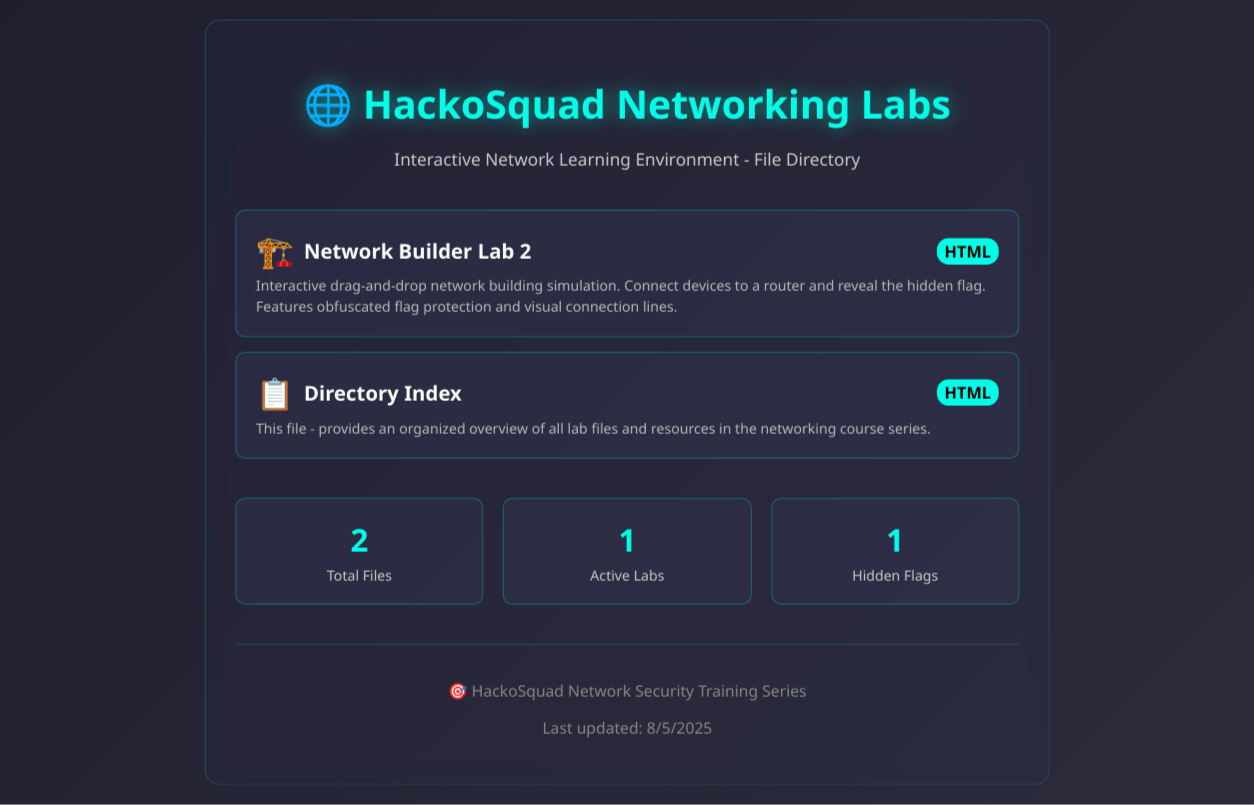
Repository: Ethxmnhz/test
Page: index.html
The author's editor kept a copy of each file at every save. The page is drawn from the files as they stood at one save, then again after the next save.
The browser window is 1280 px wide. The pictures show the whole page, at 98% of full size.

Above is the page before, as saved 2025-08-05 12:06:49.

### index.html
<!DOCTYPE html>
<html lang="en">
<head>
  <meta charset="UTF-8">
  <meta name="viewport" content="width=device-width, initial-scale=1.0">
  <title>HackoSquad Networking Labs - File Directory</title>
  <style>
    body {
      font-family: 'Segoe UI', Tahoma, Geneva, Verdana, sans-serif;
      background: linear-gradient(135deg, #1e1e2f, #2b2b3c);
      margin: 0;
      padding: 20px;
      color: #fff;
      min-height: 100vh;
    }

    .container {
      max-width: 800px;
      margin: 0 auto;
      background: rgba(58, 58, 94, 0.1);
      border-radius: 15px;
      padding: 30px;
      backdrop-filter: blur(10px);
      border: 1px solid rgba(0, 255, 231, 0.2);
    }

    h1 {
      color: #00ffe7;
      text-align: center;
      margin-bottom: 10px;
      font-size: 2.5em;
      text-shadow: 0 0 20px rgba(0, 255, 231, 0.5);
    }

    .subtitle {
      text-align: center;
      color: #ccc;
      margin-bottom: 40px;
      font-size: 1.1em;
    }

    .file-list {
      list-style: none;
      padding: 0;
    }

    .file-item {
      background: rgba(58, 58, 94, 0.3);
      margin: 15px 0;
      border-radius: 10px;
      border: 1px solid rgba(0, 255, 231, 0.3);
      transition: all 0.3s ease;
      overflow: hidden;
    }

    .file-item:hover {
      background: rgba(58, 58, 94, 0.5);
      border-color: #00ffe7;
      transform: translateY(-2px);
      box-shadow: 0 5px 20px rgba(0, 255, 231, 0.2);
    }

    .file-link {
      display: block;
      padding: 20px;
      text-decoration: none;
      color: #fff;
      transition: color 0.3s ease;
    }

    .file-link:hover {
      color: #00ffe7;
    }

    .file-name {
      font-size: 1.3em;
      font-weight: bold;
      margin-bottom: 5px;
      display: flex;
      align-items: center;
    }

    .file-icon {
      margin-right: 10px;
      font-size: 1.5em;
    }

    .file-description {
      color: #bbb;
      font-size: 0.9em;
      line-height: 1.4;
    }

    .file-type {
      display: inline-block;
      background: #00ffe7;
      color: #000;
      padding: 2px 8px;
      border-radius: 12px;
      font-size: 0.8em;
      font-weight: bold;
      margin-left: auto;
    }

    .stats {
      display: grid;
      grid-template-columns: repeat(auto-fit, minmax(150px, 1fr));
      gap: 20px;
      margin-top: 40px;
    }

    .stat-card {
      background: rgba(58, 58, 94, 0.3);
      padding: 20px;
      border-radius: 10px;
      text-align: center;
      border: 1px solid rgba(0, 255, 231, 0.3);
    }

    .stat-number {
      font-size: 2em;
      font-weight: bold;
      color: #00ffe7;
      display: block;
    }

    .stat-label {
      color: #ccc;
      font-size: 0.9em;
      margin-top: 5px;
    }

    .footer {
      text-align: center;
      margin-top: 40px;
      padding-top: 20px;
      border-top: 1px solid rgba(0, 255, 231, 0.2);
      color: #888;
    }
  </style>
</head>
<body>
  <div class="container">
    <h1>🌐 HackoSquad Networking Labs</h1>
    <p class="subtitle">Interactive Network Learning Environment - File Directory</p>


    <ul class="file-list">
      <li class="file-item">
        <a href="NBL2.html" class="file-link">
          <div class="file-name">
            <span class="file-icon">🏗️</span>
            Network Builder Lab 2
            <span class="file-type">HTML</span>
          </div>
          <div class="file-description">
            Interactive drag-and-drop network building simulation. Connect devices to a router and reveal the hidden flag. Features obfuscated flag protection and visual connection lines.
          </div>
        </a>
      </li>

      <li class="file-item">
        <a href="index.html" class="file-link">
          <div class="file-name">
            <span class="file-icon">📋</span>
            Directory Index
            <span class="file-type">HTML</span>
          </div>
          <div class="file-description">
            This file - provides an organized overview of all lab files and resources in the networking course series.
          </div>
        </a>
      </li>
    </ul>

    <div class="stats">
      <div class="stat-card">
        <span class="stat-number" id="file-count">2</span>
        <div class="stat-label">Total Files</div>
      </div>
      <div class="stat-card">
        <span class="stat-number">1</span>
        <div class="stat-label">Active Labs</div>
      </div>
      <div class="stat-card">
        <span class="stat-number">1</span>
        <div class="stat-label">Hidden Flags</div>
      </div>
    </div>

    <div class="footer">
      <p>🎯 HackoSquad Network Security Training Series</p>
      <p>Last updated: <span id="last-updated"></span></p>
    </div>
  </div>

  <script>
    // Update last modified date
    document.getElementById('last-updated').textContent = new Date().toLocaleDateString();

    // Dynamic file counting (can be enhanced to scan actual directory)
    const fileItems = document.querySelectorAll('.file-item').length;
    document.getElementById('file-count').textContent = fileItems;

    // Add some interactive effects
    document.querySelectorAll('.file-item').forEach(item => {
      item.addEventListener('mouseenter', () => {
        item.style.background = 'rgba(0, 255, 231, 0.1)';
      });

      item.addEventListener('mouseleave', () => {
        item.style.background = 'rgba(58, 58, 94, 0.3)';
      });
    });

    // Optional: Auto-detect files in directory (would need server-side support)
    console.log('HackoSquad Labs Directory Loaded');
    console.log('Available labs: Network Builder Lab 1');
  </script>
</body>
</html>

After the next save:
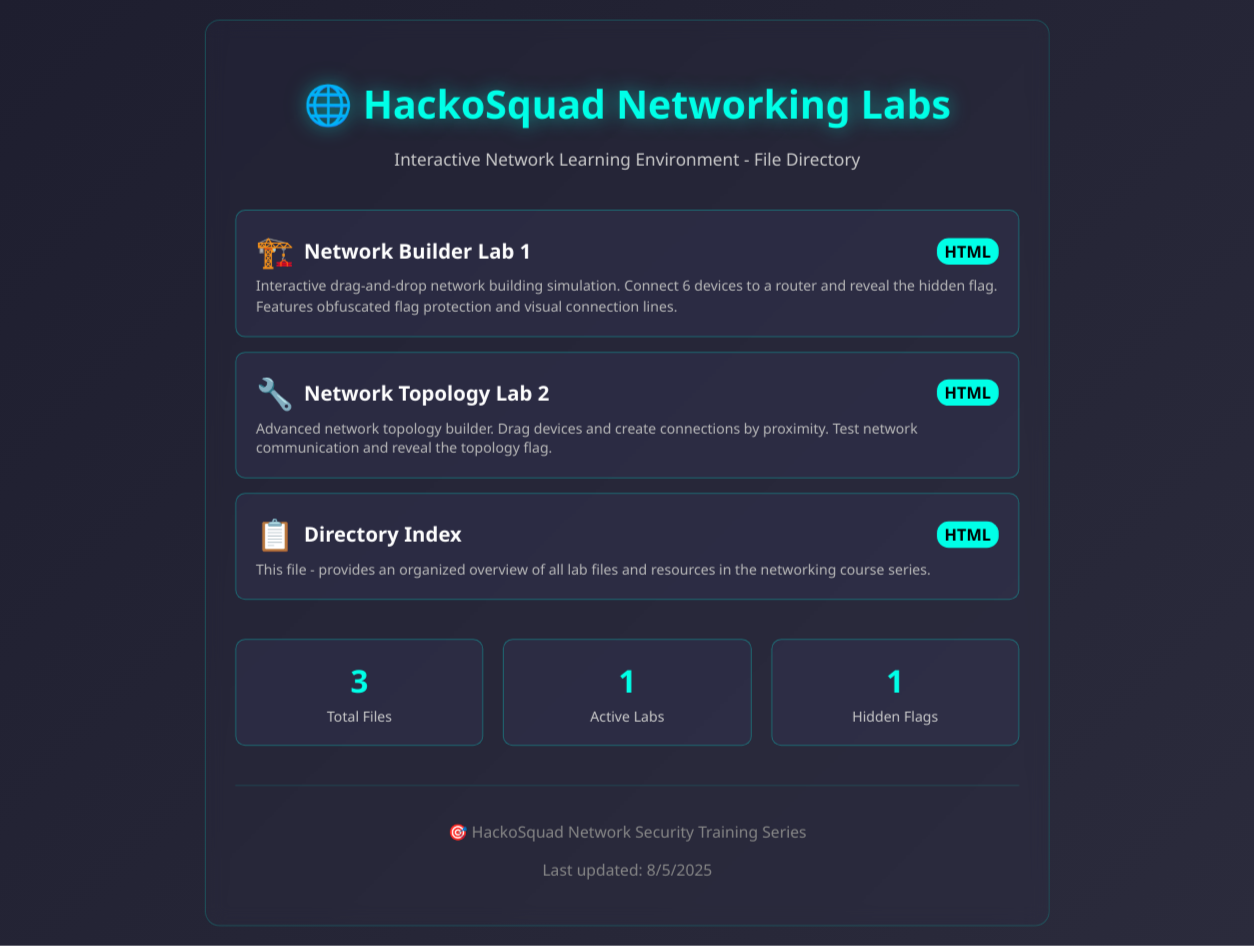
Saved 116 s later.
--- a/index.html
+++ b/index.html
@@ -147,14 +147,27 @@
 
     <ul class="file-list">
       <li class="file-item">
+        <a href="NBL1.html" class="file-link">
+          <div class="file-name">
+            <span class="file-icon">🏗️</span>
+            Network Builder Lab 1
+            <span class="file-type">HTML</span>
+          </div>
+          <div class="file-description">
+            Interactive drag-and-drop network building simulation. Connect 6 devices to a router and reveal the hidden flag. Features obfuscated flag protection and visual connection lines.
+          </div>
+        </a>
+      </li>
+
+      <li class="file-item">
         <a href="NBL2.html" class="file-link">
           <div class="file-name">
-            <span class="file-icon">🏗️</span>
-            Network Builder Lab 2
+            <span class="file-icon">🔧</span>
+            Network Topology Lab 2
             <span class="file-type">HTML</span>
           </div>
           <div class="file-description">
-            Interactive drag-and-drop network building simulation. Connect devices to a router and reveal the hidden flag. Features obfuscated flag protection and visual connection lines.
+            Advanced network topology builder. Drag devices and create connections by proximity. Test network communication and reveal the topology flag.
           </div>
         </a>
       </li>
